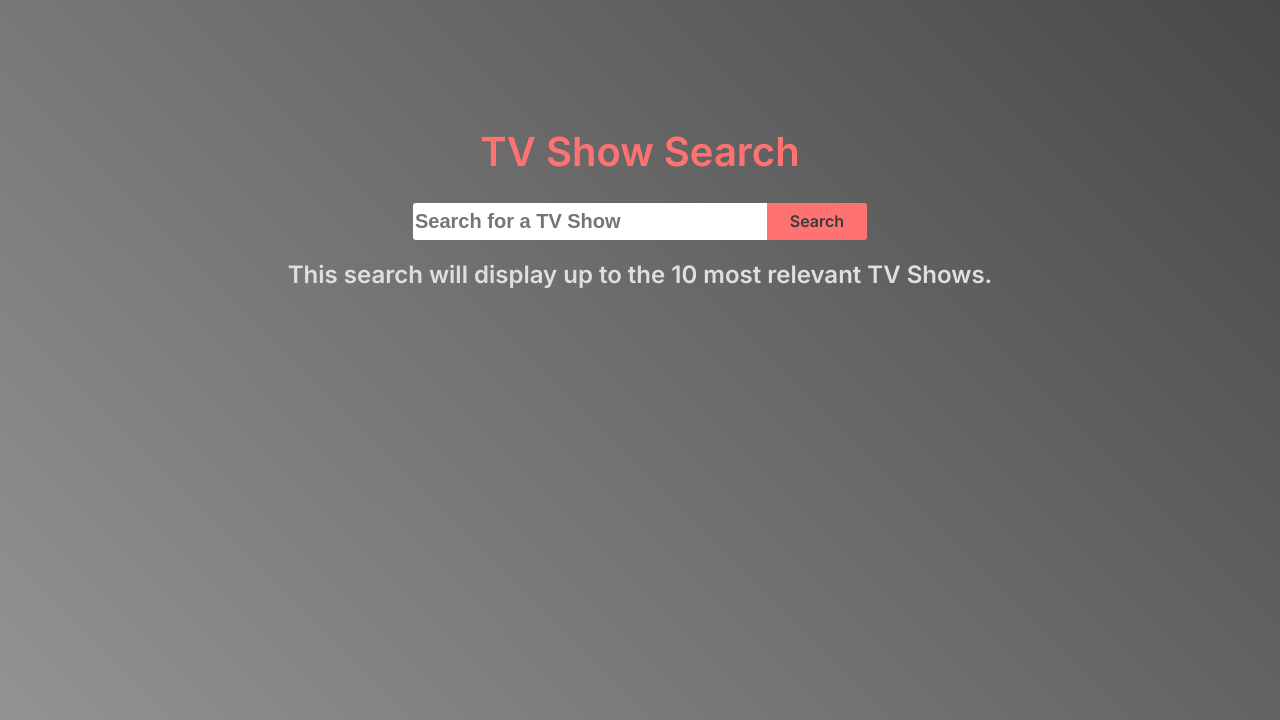
Repository: shayanabedi98/tv-search-react
Page: /
An editor plug-in stored every save of this project. The page is shown before and after the next save, followed by the edit.
The browser window is 1280 px wide. The pictures show the whole page.
The project was rebuilt for these pictures with package versions that can differ from the ones it lists, and the page was loaded fresh each time. Also part of the build but not shown: vite.config.js.

Above is the page before, as saved 2024-01-09 15:39:22.

### index.html
<!doctype html>
<html lang="en">
  <head>
    <meta charset="UTF-8" />
    <link rel="icon" type="image/svg+xml" href="https://www.svgrepo.com/show/503669/tv.svg" />
    <meta name="viewport" content="width=device-width, initial-scale=1.0" />
    <title>TV Show Search | React</title>
  </head>
  <body>
    <div id="root"></div>
    <script type="module" src="/src/main.jsx"></script>
  </body>
</html>

### src/App.jsx
import { useState } from "react";
import { v4 as uuid } from "uuid";
import List from "./List";
import Search from "./Search";

function App() {
  const [input, setInput] = useState();
  const [showList, setShowList] = useState([]);

  const fetchShow = async () => {
    try {
      if (input) {
        const response = await fetch(
          `https://api.tvmaze.com/search/shows?q=${input}`
        );
        const responseJson = await response.json();
        let newList = [];
        for (let i = 0; i < responseJson.length; i++) {
          if (responseJson[i].show.image) {
            newList.push({
              id: uuid(),
              name: responseJson[i].show.name,
              img: responseJson[i].show.image.medium,
              genres: responseJson[i].show.genres.join(', '),
              language: responseJson[i].show.language,
              rating: responseJson[i].show.rating.average,
            });
          }
        }
        setShowList(newList);
        console.log(responseJson);
      }
    } catch (err) {
      return err;
    }
  };

  const handleChange = (e) => {
    setInput(e.target.value);
  };

  return (
    <div className="bg">
      <Search fetchShow={fetchShow} input={input} handleChange={handleChange} />
      <List showList={showList} />
    </div>
  );
}

export default App;

### src/index.css
@import url('https://fonts.googleapis.com/css2?family=Inter:wght@600&display=swap');

@keyframes move-bg {
  0% { background-position: 0% 50%; }
  /* 50% { background-position: 50% 100%;} */
  100% { background-position: 50% 100%; }
}

body {
  font-family: 'Inter', sans-serif;
  margin: 0;
  padding: 0;
  color: rgb(223, 223, 223);
  width: 100%;
  background: linear-gradient(45deg, rgb(170, 170, 170), rgb(70, 70, 70), rgb(48, 48, 48));
  background-size: 300% 300%;
  animation: move-bg 12s ease-in-out infinite;
}

.search {
  margin: 100px auto 100px auto;
  text-align: center;
  width: 950px;
  display: grid;
  place-items: center;
}

.search-bar {
  display: flex;
  place-items: center;
}

.search h1 {
  font-size: 40px;
  color: rgb(255, 114, 114);
}

.search input {
  border: none;
  height: 35px;
  width: 350px;
  font-size: 20px;
  outline: none;
  color: rgb(104, 104, 104);
  font-weight: 700;
  border-radius: 3px 0 0 3px;
}

.search input:focus {
  outline: 2px grey solid;
}

.search input:focus + button {
  outline: 2px grey solid;
}

.search button {
  height: 37px;
  padding: 1px 2px;
  width: 100px;
  font-family: 'Inter', sans-serif;
  border: none;
  background-color: rgb(255, 114, 114);
  color: rgb(59, 59, 59);;
  font-size: 16px;
  border-radius: 0 3px 3px 0;
  cursor: pointer;
}

.list {
  width: 1100px;
  margin: 100px auto;
  display: grid;
  place-items: center;
  grid-template-columns: repeat(3, 1fr);
}

.card {
  background-color: rgb(29, 29, 29);
  text-align: center;
  width: 290px;
  height: 500px;
  padding: 20px;
  display: grid;
  place-items: center;
  margin: 50px auto;
  border-radius: 5px;
  box-shadow: rgba(0, 0, 0, 0.3) 0px 2px 8px 0px;
  cursor: pointer;
  transition: 0.5s;
}

.card:hover {
  transform: scale(1.05);
}

@media (max-width: 1150px) {

  .search {
    width: 100%;
  }

  .list {
    grid-template-columns: 1fr 1fr;
    width: 100%;
  }
}

@media (max-width: 700px) {

  .search h2 {
    width: 90%;
  }

  .list {
    grid-template-columns: 1fr;
  }
}

@media (max-width: 500px) {

  .search input {
    height: 28px;
    width: 90%;
  }
  .search button {
    height: 30px;
    width: 100px;
  }
}

@media (max-width: 400px) {
  .card {
    width: 250px;
    height: 440px;
  }

  .card img {
    width: 70%;
  }
}

### src/List.jsx
import React from "react";

const List = ({ showList }) => {
  return (
    <div className="list-container">
      <div className="list">
        {showList.length > 0 &&
          showList.map((show) => {
            return (
              <div className="card" key={show.id}>
                <h2>{show.name}</h2>
                <img src={show.img} alt={`cover photo of ${show.name}`} />
                <p>
                  <span>Language: </span>
                  {show.language}
                </p>
                  {show.genres}
                <p>
                  {show.rating ? `Rating: ${show.rating}⭐` : "Rating: N/A"}
                </p>
              </div>
            );
          })}
      </div>
    </div>
  );
};

export default List;

### src/Search.jsx
import React from "react";

const Search = ({ fetchShow, input, handleChange }) => {
  return (
    <div className="search">
        <h1>TV Show Search</h1>
      <div className="search-bar">
        <input
          type="text"
          onKeyDown={(e) => e.key === "Enter" && fetchShow()}
          onChange={handleChange}
          value={input}
          placeholder="Search for a TV Show"
        />
        <button onClick={fetchShow}>Search</button>
      </div>
      <h2>This search will display up to the 10 most relevant TV Shows.</h2>
    </div>
  );
};

export default Search;

Loaded but not shown: src/main.jsx (common file)

After the next save:
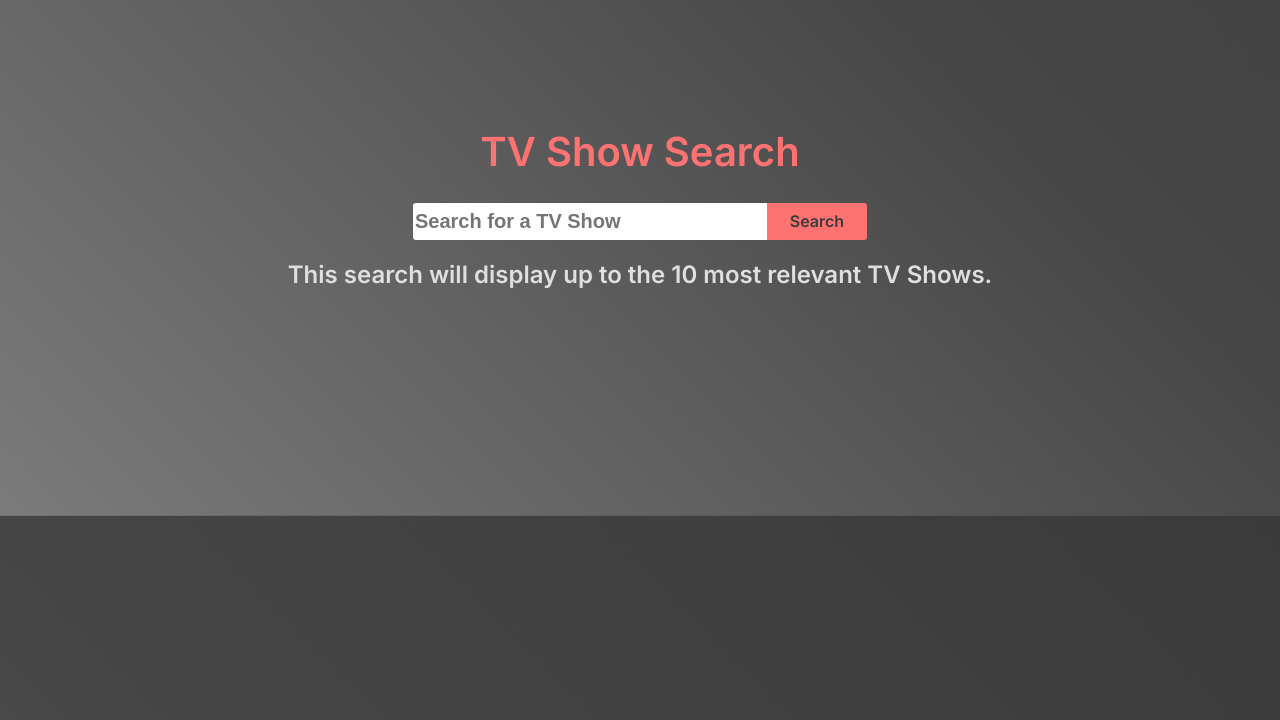
Saved 13 s later.
--- a/src/index.css
+++ b/src/index.css
@@ -2,7 +2,7 @@
 
 @keyframes move-bg {
   0% { background-position: 0% 50%; }
-  /* 50% { background-position: 50% 100%;} */
+  50% { background-position: 50% 100%;}
   100% { background-position: 50% 100%; }
 }
 

After the save that followed:
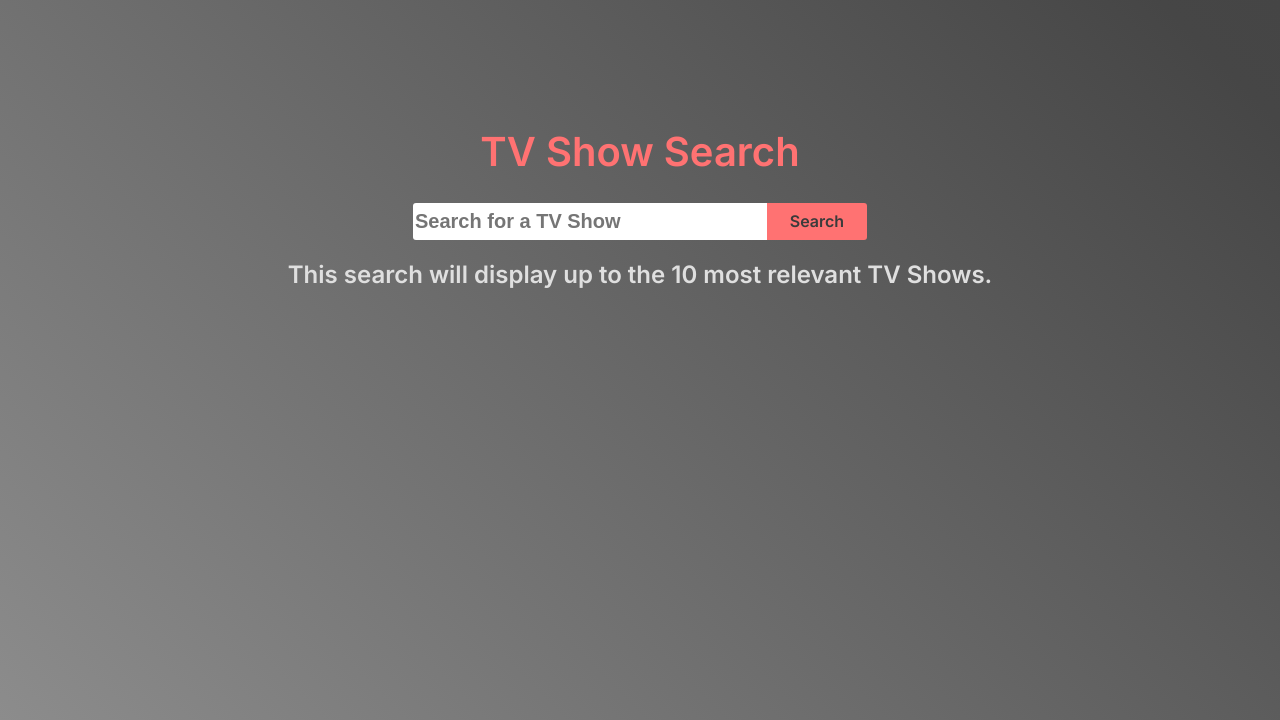
Saved 13 s later.
--- a/src/index.css
+++ b/src/index.css
@@ -2,8 +2,8 @@
 
 @keyframes move-bg {
   0% { background-position: 0% 50%; }
-  50% { background-position: 50% 100%;}
-  100% { background-position: 50% 100%; }
+  50% { background-position: 100% 50%;}
+  100% { background-position: 0% 50%; }
 }
 
 body {
@@ -14,7 +14,7 @@
   width: 100%;
   background: linear-gradient(45deg, rgb(170, 170, 170), rgb(70, 70, 70), rgb(48, 48, 48));
   background-size: 300% 300%;
-  animation: move-bg 12s ease-in-out infinite;
+  animation: move-bg ease-in-out infinite;
 }
 
 .search {
